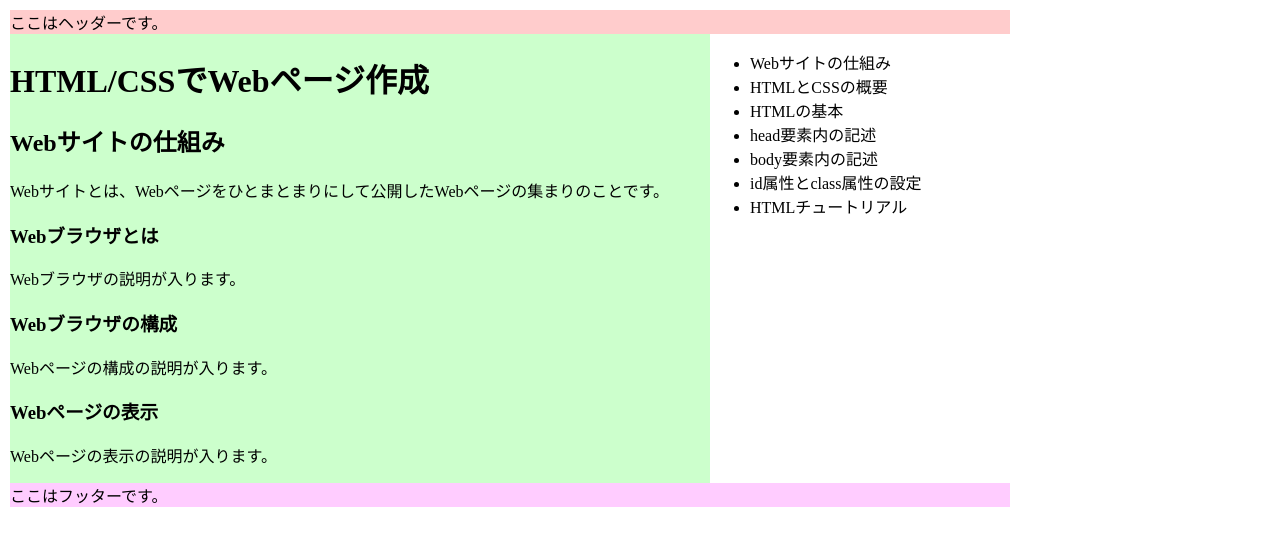
Repository: kazumasatomoto/kadai-tasklist-
Page: kadai-html.html
The author's editor kept a record of every edit. The page is drawn from the files as they stood at one moment, then again after the next edit.
The browser window is 1280 px wide. The pictures show the whole page.

Above is the page before.

### kadai-html.html
<!DOCTYPE html>
<html lang="ja">
    <head>
        <meta charset="utf-8">
        <title>HTML/CSSでWeb</title>
        <link rel="stylesheet" href="kadai-css.css">
    </head>
    <body>
        <header>ここはヘッダーです。
        </header>
        <div id="wrapper">
            <div id="main">
                    <h1>HTML/CSSでWebページ作成</h1>
                        <h2>Webサイトの仕組み</h2>
                            <p>
                               Webサイトとは、Webページをひとまとまりにして公開したWebページの集まりのことです。
                            </p>
                        <h3>Webブラウザとは</h3>
                         <p>Webブラウザの説明が入ります。
                         </p>
                        <h3>Webブラウザの構成</h3>
                         <p>Webページの構成の説明が入ります。
                         </p>
                        <h3>Webページの表示</h3>
                         <p>Webページの表示の説明が入ります。
                         </p>
           </div>
            <nav id="menu">
                <ul>
                    <li>Webサイトの仕組み</li>
                    <li>HTMLとCSSの概要</li>
                    <li>HTMLの基本</li>
                    <li>head要素内の記述</li>
                    <li>body要素内の記述</li>
                    <li>id属性とclass属性の設定</li>
                    <li>HTMLチュートリアル</li>
                </ul>
            </nav>
        </div>
        <footer>ここはフッターです。
        </footer>
    </body>
</html>

### kadai-css.css
@charset "UTF-8";
body {
    margin: 10px 30px 20px 10px;
    padding: 0;
}
header {
    width: 1000px;
    background-color: #ffcccc;
}
#wrapper {
    width: 984px;
    display: flex;
    justify-content: flex-start;
}
#main {
    width: 700px;
    background-color: #ccffcc;
}
menu {
    width: 300px;
    background-color: #ccccff;
}
footer {
    width: 1000px;
    background-color: #ffccff;
}

After the next edit:
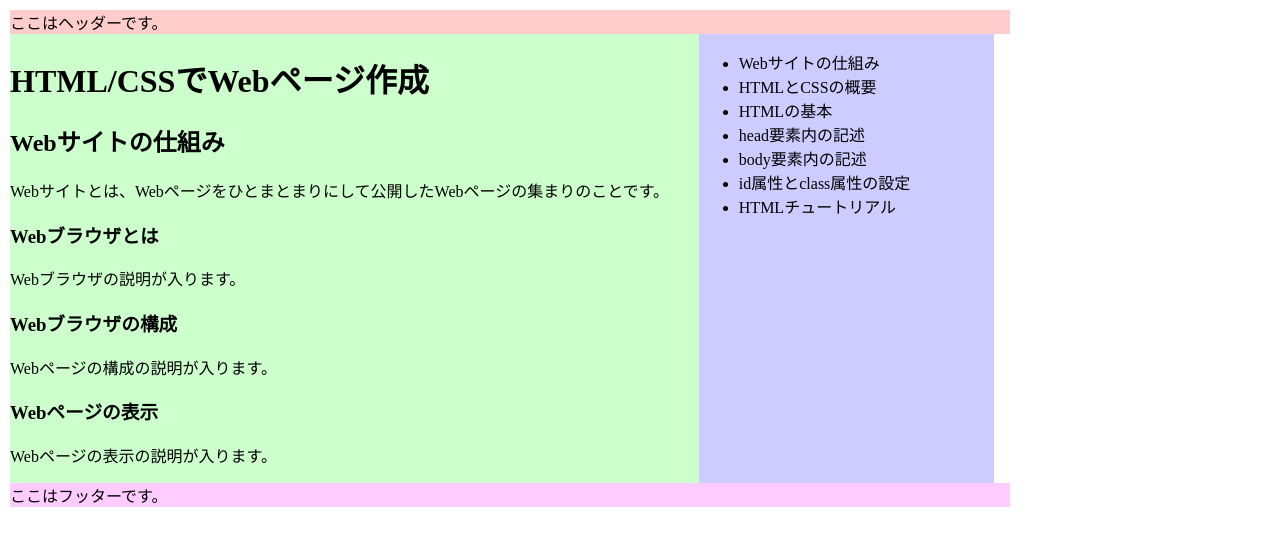
The edit:
--- a/kadai-css.css
+++ b/kadai-css.css
@@ -16,7 +16,7 @@
     width: 700px;
     background-color: #ccffcc;
 }
-menu {
+#menu {
     width: 300px;
     background-color: #ccccff;
 }
